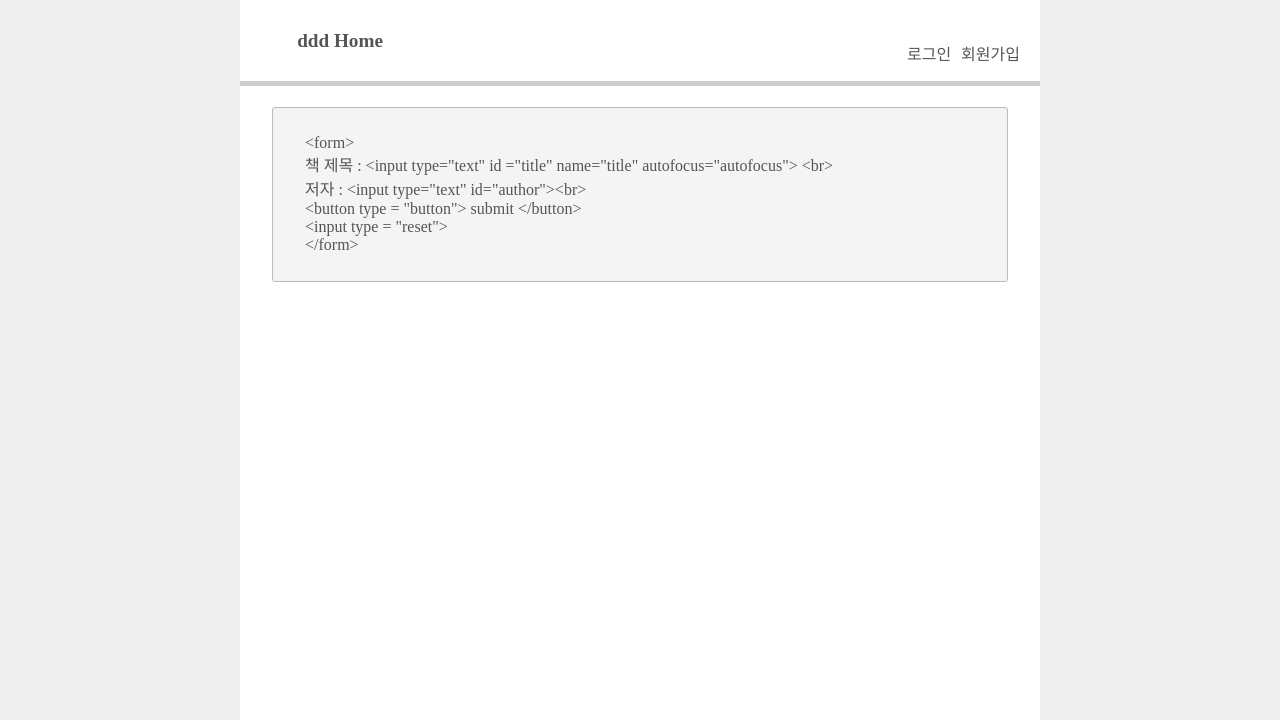
Repository: Deneb0000/JSP
Page: http://localhost/jspPro/days01/ex02.jsp
These files come from the project's save history. The page is drawn as it stood at one moment and after the next save; the edit follows.
The browser window is 1280 px wide. The pictures show the whole page.
Some web fonts or font styles are not loaded; a fallback is used. The page is served by Tomcat 9.

Above is the page before, as saved 2024-10-15 03:15:46.

After the next save:
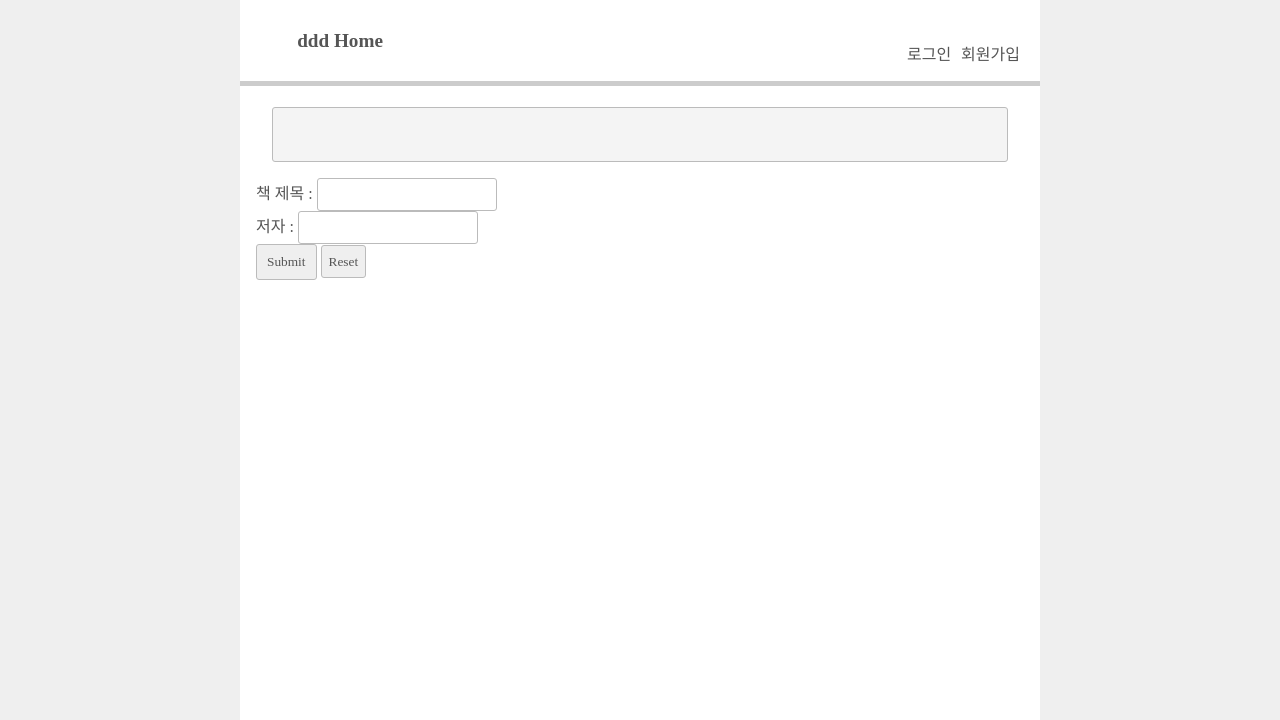
Saved 36 s later.
--- a/jspPro/src/main/webapp/days01/ex02.jsp
+++ b/jspPro/src/main/webapp/days01/ex02.jsp
@@ -26,13 +26,14 @@
 </header>
 <div>
   <xmp class="code">
+  </xmp>
     <form>
     책 제목 : <input type="text" id ="title" name="title" autofocus="autofocus"> <br>
     저자 : <input type="text" id="author"><br>
-    <button type = "button"> submit </button>
+ <!--    <button type = "button"> submit </button> -->
+    <input type = "submit">
     <input type = "reset">
     </form>
-  </xmp>
 </div>
 </body>
 </html>
